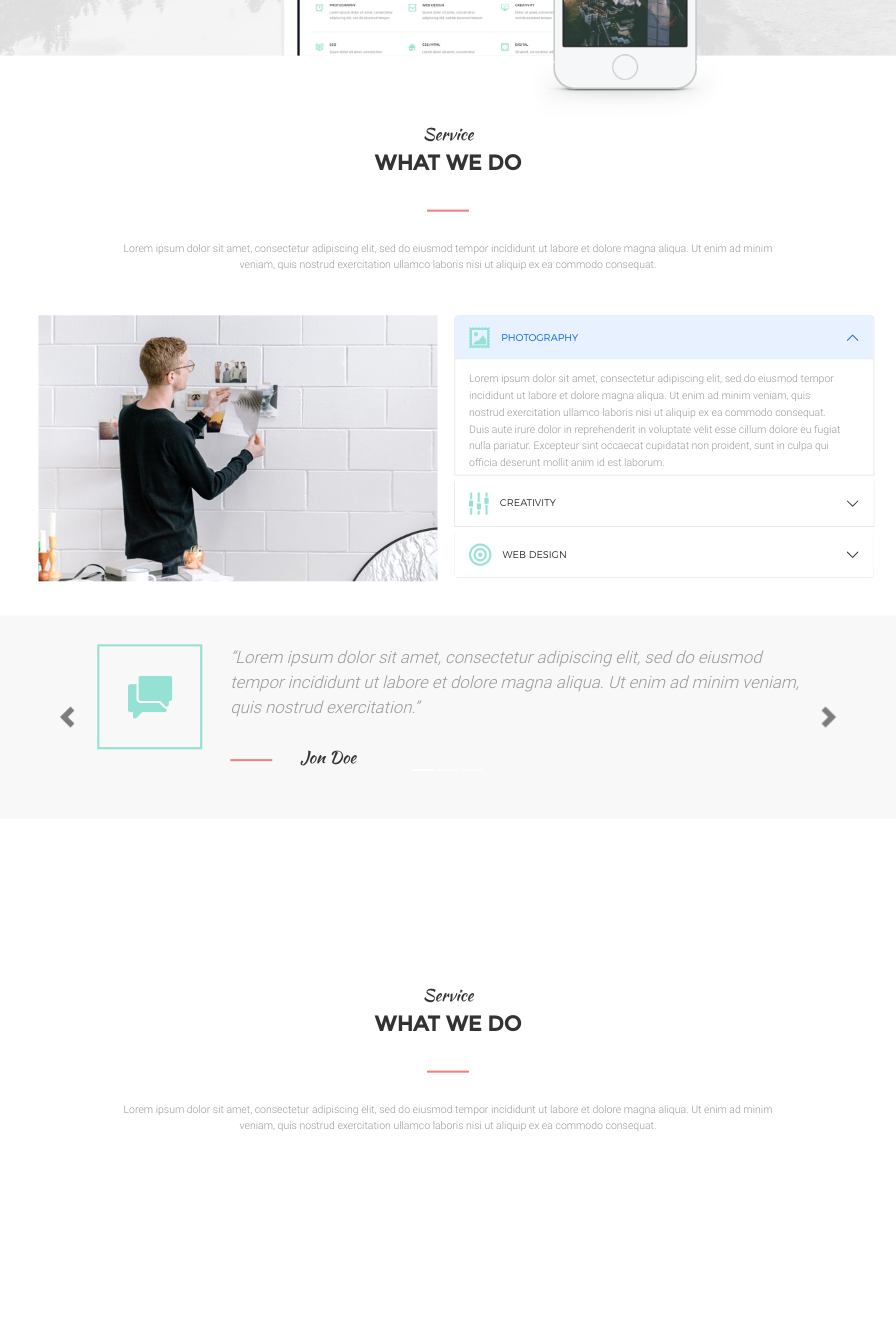
Repository: RaffiBarseghyan/mogo
Page: /
An editor plug-in stored every save of this project. The page is shown before and after a run of saves, followed by the edit.
The browser window is 1280 px wide. The pictures show the part of the page from y = 3348 to 5268 px (the page is 5268 px tall before and 4745 px after), at 70% of full size.
The project was rebuilt for these pictures with package versions that can differ from the ones it lists, and the page was loaded fresh each time.

Above is the page before, as saved 2023-05-12 23:10:26.

### src/App.jsx
import "./App.css";
import "bootstrap/dist/css/bootstrap.min.css";
import "bootstrap/dist/js/bootstrap.bundle";
import Header from "./Pages/Header/header";
import AboutUs from "./Pages/AboutUs/aboutUs";
import WorkWith from "./Pages/WorkWith/workWith";
import AllDevice from "./Pages/AllDevice/allDevice";
import Service from "./Pages/ServicePage/service";
import WeAre from "./Pages/WeAre/weAre";

function App() {
  return (
    <div className="App">
      <Header />
      <AboutUs />
      <WorkWith />
      <AllDevice />
      <Service />
      <WeAre />
    </div>
  );
}

export default App;

### src/Pages/AboutUs/aboutUs.jsx
import style from "./aboutUs.module.scss";
import aboutUs1 from "../../Assets/Images/aboutUs1.png";
import aboutUs2 from "../../Assets/Images/aboutUs2.png";
import aboutUs3 from "../../Assets/Images/aboutUs3.png";
import user from "../../Assets/Images/USERS.png";

function AboutUs() {
  return (
    <>
      <div className={style.aboutUs}>
        <h3>What we do</h3>
        <h2>Story about us</h2>
        <div className={style.line}></div>
        <p>
          Lorem ipsum dolor sit amet, consectetur adipiscing elit, sed do
          eiusmod tempor incididunt ut labore et dolore magna aliqua. Ut enim ad
          minim <br />
          veniam, quis nostrud exercitation ullamco laboris nisi ut aliquip ex
          ea commodo consequat.
        </p>
        <div className="d-flex justify-content-center flex-wrap ">
          <div className={style.imgDiv}>
            <img src={user} alt="" className={style.user} />
            <p>SUPER TEAM</p>
            <img src={aboutUs1} alt="" className={style.aboutImg} />
          </div>
          <div className={style.imgDiv}>
            <img src={user} alt="" className={style.user} />
            <p>SUPER TEAM</p>
            <img src={aboutUs2} alt="" className={style.aboutImg} />
          </div>
          <div className={style.imgDiv}>
            <img src={user} alt="" className={style.user} />
            <p>SUPER TEAM</p>
            <img src={aboutUs3} alt="" className={style.aboutImg} />
          </div>
        </div>
      </div>

      <div
        className={`${style.aboutUsFooter} d-flex justify-content-center align-items-center flex-wrap`}
      >
        <div className={style.first_line}>
          <h2>42</h2>
          <p>Web Design Projects</p>
        </div>
        <div>
          <h2>123</h2>
          <p>happy client</p>
        </div>
        <div>
          <h2>15</h2>
          <p>award winner</p>
        </div>
        <div>
          <h2>99</h2>
          <p>cup of coffee</p>
        </div>
        <div>
          <h2>24</h2>
          <p>members</p>
        </div>
      </div>
    </>
  );
}

export default AboutUs;

### src/Pages/WorkWith/workWith.jsx
import style from "./workWith.module.scss";
import ALARM from "../../Assets/Images/ALARM.png";
import LINEGRAPH from "../../Assets/Images/LINEGRAPH.png";
import COMPUTER_OK from "../../Assets/Images/COMPUTER_OK.png";
import BOOK from "../../Assets/Images/BOOK.png";
import HOME from "../../Assets/Images/HOME.png";
import IMAGE from "../../Assets/Images/IMAGE.png";

function WorkWith() {
  return (
    <>
      <div className={style.workWith}>
        <h3>We work with</h3>
        <h2>Amazing Services</h2>
        <div className={style.line}></div>

        <div
          className={`${style.workWithFooter} d-flex flex-wrap justify-content-center container`}
        >
          <div className={`d-flex ${style.box1}`}>
            <div>
              <img src={ALARM} alt="" />
            </div>
            <div>
              <h2>Photography</h2>
              <p>
                Lorem ipsum dolor sit amet, consectetur <br />
                adipiscing elit, sed do eiusmod tempor.
              </p>
            </div>
          </div>
          <div className={`d-flex ${style.box2}`}>
            <div>
              <img src={LINEGRAPH} alt="" />
            </div>
            <div>
              <h2>Web Design</h2>
              <p>
                Ipsum dolor sit amet, consectetur <br />
                adipiscing elit, sed do eiusmod tempor.
              </p>
            </div>
          </div>
          <div className={`d-flex ${style.box3}`}>
            <div>
              <img src={COMPUTER_OK} alt="" />
            </div>
            <div>
              <h2>Creativity</h2>
              <p>
                Dolor sit amet, consectetur adipiscing elit, <br />
                sed do eiusmod tempor.
              </p>
            </div>
          </div>
          <div className={`d-flex ${style.box4}`}>
            <div>
              <img src={BOOK} alt="" />
            </div>
            <div>
              <h2>seo</h2>
              <p>
                Ipsum dolor sit amet, consectetur <br />
                adipiscing elit, sed do eiusmod.
              </p>
            </div>
          </div>
          <div className={`d-flex ${style.box5}`}>
            <div>
              <img src={HOME} alt="" />
            </div>
            <div>
              <h2>Css/Html</h2>
              <p>
                Lorem dolor sit amet, consectetur <br />
                adipiscing elit, sed do tempor.
              </p>
            </div>
          </div>
          <div className={`d-flex ${style.box6}`}>
            <div>
              <img src={IMAGE} alt="" />
            </div>
            <div>
              <h2>digital</h2>
              <p>
                Sit amet, consectetur adipiscing elit, sed do <br />
                eiusmod tempor.
              </p>
            </div>
          </div>
        </div>
      </div>
    </>
  );
}

export default WorkWith;

### src/Pages/AllDevice/allDevice.jsx
import style from "./allDevice.module.scss";
import ipad from "../../Assets/Images/ipad.png";
import iphone from "../../Assets/Images/iphone.png";

function AllDevice() {
  return (
    <>
      <div className={`${style.allDevice}`}>
        <div className={style.allDeviceBg}>
          <h3>For all devices</h3>
          <h2>Unique design</h2>
          <div className={style.line}></div>
          <img src={ipad} alt="" className={style.ipad}/>
          <img src={iphone} alt="" className={style.iphone} />
        </div>
      </div>
    </>
  );
}

export default AllDevice;

### src/Pages/WeAre/weAre.jsx
import style from "./weAre.module.scss";
import service from "../../Assets/Images/service.png";
import PICTURE from "../../Assets/Images/PICTURE.png";
import EQUALIZER from "../../Assets/Images/EQUALIZER.png";
import BULLSEYE from "../../Assets/Images/BULLSEYE.png";
import serviceFooter from "../../Assets/Images/serviceFooter.png";

function WeAre() {
  return (
    <>
      <div className={`${style.Service}`}>
        <h3>Service</h3>
        <h2>what we do</h2>
        <div className={style.line}></div>
        <p>
          Lorem ipsum dolor sit amet, consectetur adipiscing elit, sed do
          eiusmod tempor incididunt ut labore et dolore magna aliqua. Ut enim ad
          minim <br />
          veniam, quis nostrud exercitation ullamco laboris nisi ut aliquip ex
          ea commodo consequat.
        </p>
      </div>
    </>
  );
}

export default WeAre;

### src/Pages/AboutUs/aboutUs.module.scss
@font-face {
  font-family: Montserrat;
  src: url("../../Assets/Fonts/montserrat/Montserrat-Light.otf")
    format("truetype");
}

@font-face {
  font-family: Montserrat_mid;
  src: url("../../Assets/Fonts/montserrat/Montserrat-Regular.ttf")
    format("truetype");
}

@font-face {
  font-family: Montserrat_bold;
  src: url("../../Assets/Fonts/montserrat/Montserrat-ExtraBold.otf")
    format("truetype");
}

@font-face {
  font-family: kaushan;
  src: url("../../Assets/Fonts/kaushan-script/kaushan-script.kaushanscript-regular.otf")
    format("truetype");
}

@font-face {
  font-family: Roboto;
  src: url("../../Assets/Fonts/robotofont/Roboto-Light.ttf") format("truetype");
}

.aboutUs {
  min-height: 750px;
  display: flex;
  flex-direction: column;
  align-items: center;
  justify-content: center;
  h3 {
    font-size: 24px;
    color: #333333;
    font-weight: 400;
    font-family: "kaushan";
    text-align: center;
  }
  h2 {
    font-size: 30px;
    text-transform: uppercase;
    color: #333333;
    font-weight: 700;
    font-family: "Montserrat_mid";
    text-align: center;
  }
  p {
    font-size: 15px;
    line-height: 24px;
    color: #999999;
    font-weight: 400;
    font-family: "Roboto";
    text-align: center;
    margin-bottom: 60px;
  }
  .line {
    width: 60px;
    height: 3px;
    background-color: #f38181;
    margin: 40px;
  }
  img {
    width: 380px;
    height: 250px;
    aspect-ratio: 3/2;
    object-fit: cover;
  }

  .imgDiv {
    width: 380px;
    height: 250px;
    margin: 20px;
    transition: 0.5s;
    display: flex;
    flex-direction: column;
    justify-content: center;
    align-items: center;
    p {
      font-size: 18px;
      text-transform: uppercase;
      color: #ffffff;
      font-weight: 700;
      font-family: "Montserrat";
      text-align: center;
      display: none;
      position: absolute;
      margin-top: 80px;
    }
    .user {
      width: 32px;
      height: 23px;
      display: none;
      position: absolute;
      margin-bottom: 30px;
    }
  }

  .imgDiv:hover {
    transition: 0.5s;
    box-shadow: 10px 10px 0px 0px rgba(149, 225, 211, 1);
    -webkit-box-shadow: 10px 10px 0px 0px rgba(149, 225, 211, 1);
    -moz-box-shadow: 10px 10px 0px 0px rgba(149, 225, 211, 1);
    cursor: pointer;
    p,
    .user {
      display: block;
    }
    background: rgb(226, 204, 123);
    background: linear-gradient(
      0deg,
      rgba(226, 204, 123, 1) 0%,
      rgba(219, 116, 116, 1) 53%
    );

    .aboutImg {
      opacity: 0.2;
    }
  }
}

.aboutUsFooter {
  min-height: 270px;
  background-color: #95e1d3;
  h2 {
    font-size: 72px;
    text-transform: uppercase;
    color: #ffffff;
    font-weight: 700;
    font-family: "Montserrat_bold";
    text-align: center;
  }
  p {
    font-size: 14px;
    text-transform: uppercase;
    color: #ffffff;
    font-weight: 400;
    font-family: "Montserrat";
    text-align: center;
  }
  div {
    width: 240px;
    height: 270px;
    border-right: 1px solid #ffffff;
    border-left: 1px solid #ffffff;

    display: flex;
    flex-direction: column;
    justify-content: center;
  }
}

### src/Pages/WorkWith/workWith.module.scss
@font-face {
  font-family: Montserrat;
  src: url("../../Assets/Fonts/montserrat/Montserrat-Light.otf")
    format("truetype");
}

@font-face {
  font-family: Montserrat_mid;
  src: url("../../Assets/Fonts/montserrat/Montserrat-Regular.ttf")
    format("truetype");
}

@font-face {
  font-family: Montserrat_bold;
  src: url("../../Assets/Fonts/montserrat/Montserrat-ExtraBold.otf")
    format("truetype");
}

@font-face {
  font-family: kaushan;
  src: url("../../Assets/Fonts/kaushan-script/kaushan-script.kaushanscript-regular.otf")
    format("truetype");
}

.workWith {
  min-height: 750px;
  display: flex;
  flex-direction: column;
  align-items: center;
  justify-content: center;
  h3 {
    font-size: 24px;
    color: #333333;
    font-weight: 400;
    font-family: "kaushan";
    text-align: center;
  }
  h2 {
    font-size: 30px;
    text-transform: uppercase;
    color: #333333;
    font-weight: 700;
    font-family: "Montserrat_mid";
    text-align: center;
  }
  .line {
    width: 60px;
    height: 3px;
    background-color: #f38181;
    margin: 40px;
  }
}

.workWithFooter {
  > div {
    width: 400px;
    margin-top: 90px;
  }
  h2 {
    font-size: 14px;
    text-transform: uppercase;
    color: #333333;
    font-weight: 400;
    font-family: "Montserrat";
    text-align: start;
  }
  p {
    font-size: 15px;
    line-height: 24px;
    color: #999999;
    font-weight: 400;
    font-family: "Roboto";
    text-align: start;
  }
  img {
    margin-right: 30px;
  }
}

.box1,
.box2,
.box3 {
  border-bottom: 1px solid #e5e5e5;
}

@media only screen and (max-width: 1399.2px) {
  .box1,
  .box2,
  .box3,
  .box4 {
    border-bottom: 1px solid #e5e5e5;
  }
}

@media only screen and (max-width: 991.2px) {
  .box1,
  .box2,
  .box3,
  .box4,
  .box5 {
    border-bottom: 1px solid #e5e5e5;
  }
}

### src/Pages/AllDevice/allDevice.module.scss
@font-face {
  font-family: Montserrat;
  src: url("../../Assets/Fonts/montserrat/Montserrat-Light.otf")
    format("truetype");
}

@font-face {
  font-family: Montserrat_mid;
  src: url("../../Assets/Fonts/montserrat/Montserrat-Regular.ttf")
    format("truetype");
}

@font-face {
  font-family: Montserrat_bold;
  src: url("../../Assets/Fonts/montserrat/Montserrat-ExtraBold.otf")
    format("truetype");
}

@font-face {
  font-family: kaushan;
  src: url("../../Assets/Fonts/kaushan-script/kaushan-script.kaushanscript-regular.otf")
    format("truetype");
}

.allDevice {
  min-height: 900px;

  h3 {
    font-size: 24px;
    color: #333333;
    font-weight: 400;
    font-family: "kaushan";
    text-align: center;
  }
  h2 {
    font-size: 30px;
    text-transform: uppercase;
    color: #333333;
    font-weight: 700;
    font-family: "Montserrat_mid";
    text-align: center;
  }
  .line {
    width: 60px;
    height: 3px;
    background-color: #f38181;
    margin: 40px;
  }
  .allDeviceBg {
    width: 100%;
    min-height: 850px;
    background-image: url("../../Assets/Images/allDeviceBg.png");
    background-position: center;
    background-size: cover;
    background-repeat: no-repeat;

    display: flex;
    flex-direction: column;
    align-items: center;
    justify-content: center;
  }
}

.ipad {
  position: absolute;
  margin-top: 268px;
}

.iphone {
  position: relative;
  top: 194px;
  left: 257px;
}

@media only screen and (max-width: 992.2px) {
  .ipad {
    width: 378px;
    height: 480px;
    margin-top: 370px;
  }
  .iphone {
    width: 200px;
    height: 360px;
    top: 225px;
    left: 217px;
  }
}

@media only screen and (max-width: 650.2px) {
  .ipad {
    width: 290px;
    height: 380px;
    margin-top: 470px;
  }
  .iphone {
    width: 165px;
    height: 290px;
    top: 250px;
    left: 159px;
  }
}

### src/Pages/ServicePage/service.module.scss
@font-face {
  font-family: Montserrat;
  src: url("../../Assets/Fonts/montserrat/Montserrat-Light.otf")
    format("truetype");
}

@font-face {
  font-family: Montserrat_mid;
  src: url("../../Assets/Fonts/montserrat/Montserrat-Regular.ttf")
    format("truetype");
}

@font-face {
  font-family: Montserrat_bold;
  src: url("../../Assets/Fonts/montserrat/Montserrat-ExtraBold.otf")
    format("truetype");
}

@font-face {
  font-family: kaushan;
  src: url("../../Assets/Fonts/kaushan-script/kaushan-script.kaushanscript-regular.otf")
    format("truetype");
}
@font-face {
  font-family: Roboto;
  src: url("../../Assets/Fonts/robotofont/Roboto-Light.ttf") format("truetype");
}

.Service {
  min-height: 750px;
  display: flex;
  flex-direction: column;
  align-items: center;
  justify-content: center;
  h3 {
    font-size: 24px;
    color: #333333;
    font-weight: 400;
    font-family: "kaushan";
    text-align: center;
  }
  h2 {
    font-size: 30px;
    text-transform: uppercase;
    color: #333333;
    font-weight: 700;
    font-family: "Montserrat_mid";
    text-align: center;
  }
  p {
    font-size: 15px;
    line-height: 24px;
    color: #999999;
    font-weight: 400;
    font-family: "Roboto";
    text-align: center;
    margin-bottom: 60px;
  }
}
.line {
  width: 60px;
  height: 3px;
  background-color: #f38181;
  margin: 40px;
}
.acordeon {
  width: 600px;
  height: 380px;
  button {
    font-size: 14px;
    text-transform: uppercase;
    color: #333333;
    font-weight: 400;
    font-family: "Montserrat";
  }
  .acordeonBody {
    width: 590px;
    height: 165px;
    font-size: 15px;
    line-height: 24px;
    color: #999999;
    font-weight: 300;
    font-family: "Roboto";
    text-align: start;
    overflow: auto;
  }
  ::-webkit-scrollbar {
    width: 5px;
  }

  /* Track */
  ::-webkit-scrollbar-track {
    box-shadow: inset 0 0 5px #f5f5f5;
    border-radius: 10px;
  }

  /* Handle */
  ::-webkit-scrollbar-thumb {
    background-color: #95e1d3;
    border-radius: 10px;
  }

  /* Handle on hover */
  ::-webkit-scrollbar-thumb:hover {
    background-color: #7fc0b4;
  }
}

.serviceFooter {
  min-height: 290px;
  background-color: #f8f8f8;
  display: flex;
  align-items: center;
  justify-content: center;
  > div {
    width: 1300px;
  }
  p {
    font-size: 24px;
    line-height: 36px;
    color: #999999;
    font-weight: 300;
    font-style: italic;
    font-family: "Roboto";
    text-align: start;
    margin-left: 40px;
  }
  h2 {
    font-size: 24px;
    color: #333333;
    font-weight: 400;
    font-family: "kaushan";
  }
}

.prev {
  width: 30px;
  height: 30px;
  background-image: url("data:[embedded picture, 192 characters]");
}

.next {
  width: 30px;
  height: 30px;
  background-image: url("data:[embedded picture, 193 characters]");
}

@media only screen and (max-width: 650.2px) {
  .acordeon {
    width: 480px;
    margin-top: 20px;
  }
  .acordeonBody {
    max-width: 470px;
  }
  .Service > div > img {
    width: 459px;
    height: 300px;
  }
  .serviceFooter{
    img{
        display: none;
    }
  }
}

### src/Pages/WeAre/weAre.module.scss
@font-face {
  font-family: Montserrat;
  src: url("../../Assets/Fonts/montserrat/Montserrat-Light.otf")
    format("truetype");
}

@font-face {
  font-family: Montserrat_mid;
  src: url("../../Assets/Fonts/montserrat/Montserrat-Regular.ttf")
    format("truetype");
}

@font-face {
  font-family: Montserrat_bold;
  src: url("../../Assets/Fonts/montserrat/Montserrat-ExtraBold.otf")
    format("truetype");
}

@font-face {
  font-family: kaushan;
  src: url("../../Assets/Fonts/kaushan-script/kaushan-script.kaushanscript-regular.otf")
    format("truetype");
}
@font-face {
  font-family: Roboto;
  src: url("../../Assets/Fonts/robotofont/Roboto-Light.ttf") format("truetype");
}

.Service {
  min-height: 750px;
  display: flex;
  flex-direction: column;
  align-items: center;
  justify-content: center;
  h3 {
    font-size: 24px;
    color: #333333;
    font-weight: 400;
    font-family: "kaushan";
    text-align: center;
  }
  h2 {
    font-size: 30px;
    text-transform: uppercase;
    color: #333333;
    font-weight: 700;
    font-family: "Montserrat_mid";
    text-align: center;
  }
  p {
    font-size: 15px;
    line-height: 24px;
    color: #999999;
    font-weight: 400;
    font-family: "Roboto";
    text-align: center;
    margin-bottom: 60px;
  }
}
.line {
  width: 60px;
  height: 3px;
  background-color: #f38181;
  margin: 40px;
}

Loaded but not shown: public/index.html (common file); src/index.js (common file); src/index.css (common file); src/reportWebVitals.js (common file); src/App.css (common file); src/Pages/ServicePage/service.jsx (248 lines, source omitted); src/Pages/Header/header.module.scss (204 lines, source omitted); src/Pages/Header/header.jsx (96 lines, source omitted)

After the next 2 saves:
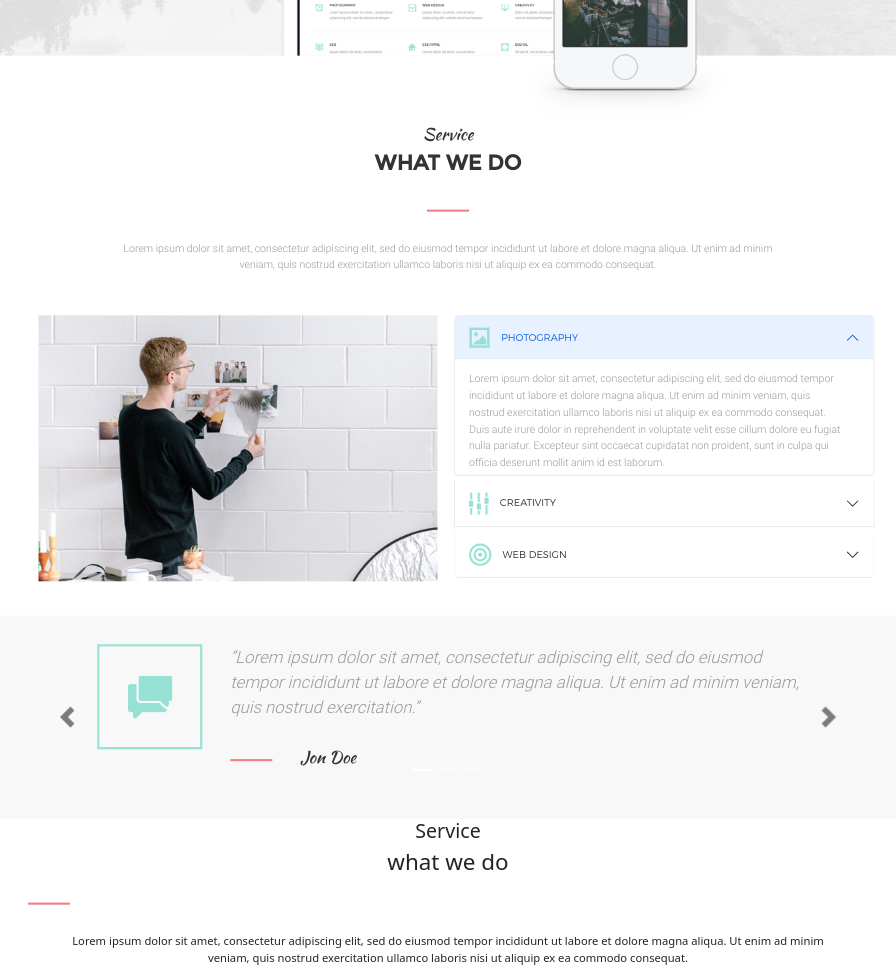
The 2 saves are shown as one change because they came seconds apart.
The last was saved 8 s later.
--- a/src/Pages/WeAre/weAre.jsx
+++ b/src/Pages/WeAre/weAre.jsx
@@ -8,7 +8,7 @@ import serviceFooter from "../../Assets/Images/serviceFooter.png";
 function WeAre() {
   return (
     <>
-      <div className={`${style.Service}`}>
+      <div className={`${style.WeAre}`}>
         <h3>Service</h3>
         <h2>what we do</h2>
         <div className={style.line}></div>

After the save that followed:
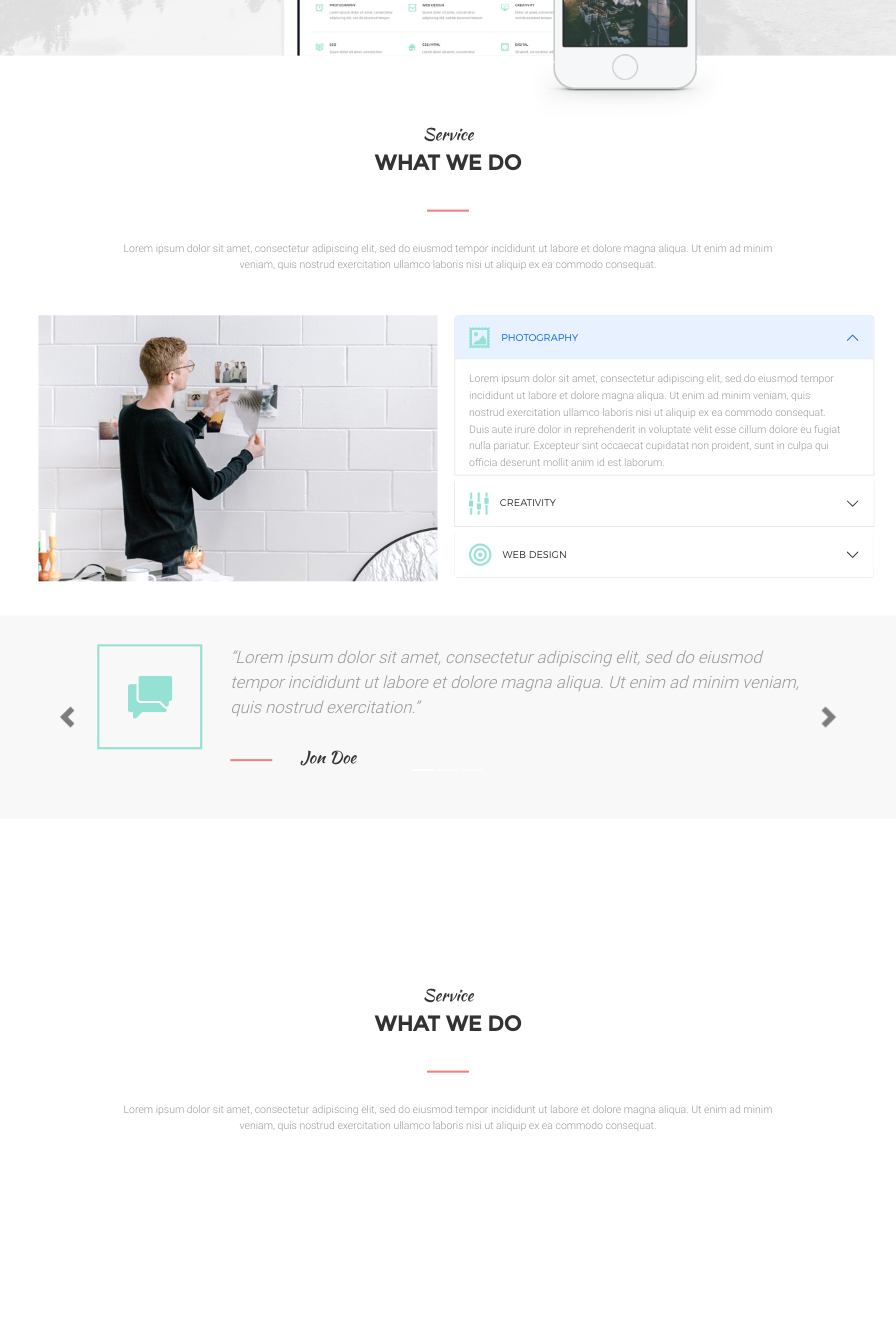
Saved 4 s later.
--- a/src/Pages/WeAre/weAre.module.scss
+++ b/src/Pages/WeAre/weAre.module.scss
@@ -26,7 +26,7 @@
   src: url("../../Assets/Fonts/robotofont/Roboto-Light.ttf") format("truetype");
 }
 
-.Service {
+.WeAre {
   min-height: 750px;
   display: flex;
   flex-direction: column;
